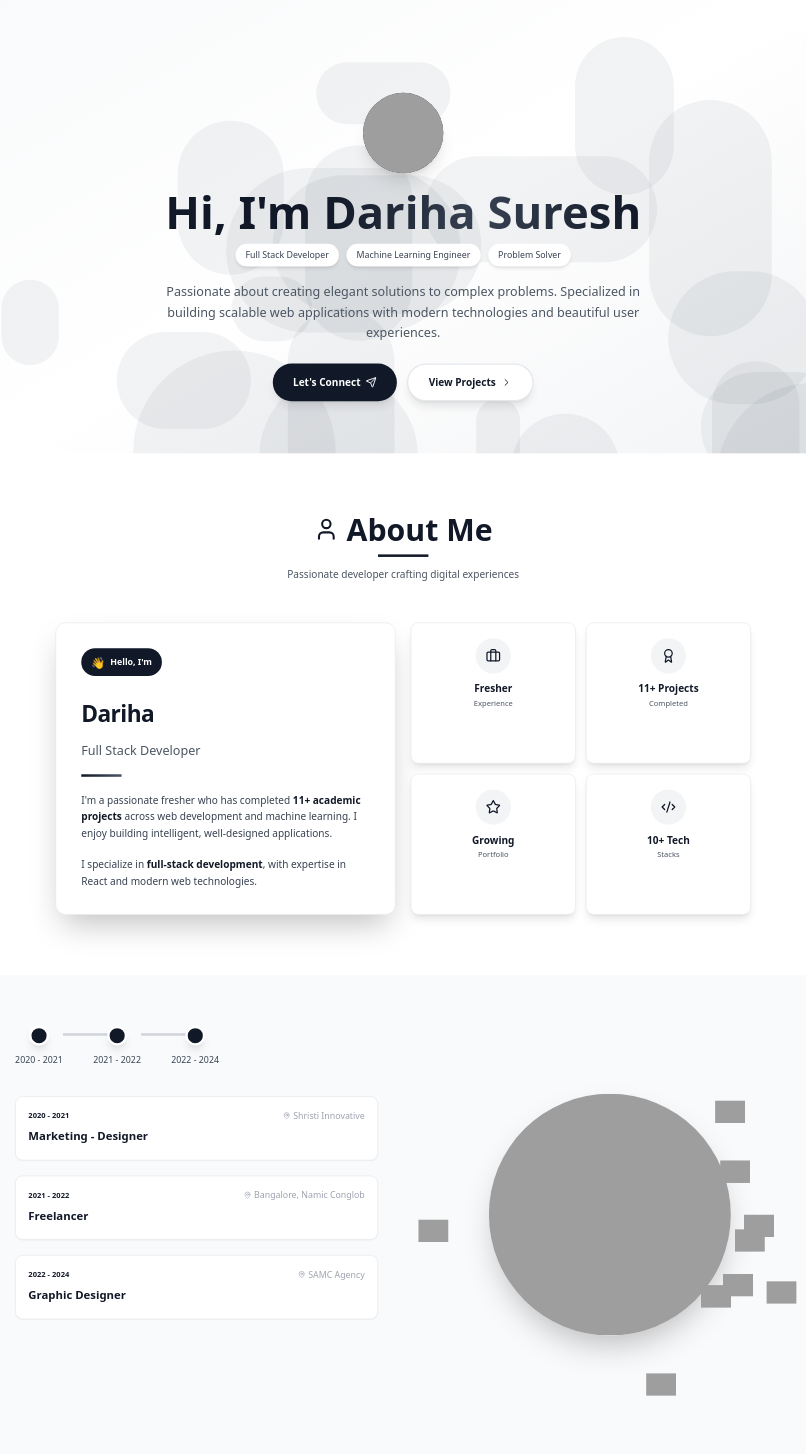
Repository: darihafebi825-collab/react-portfolio
Page: / (app in portapp/)
The author's editor kept a copy of each file at every save. The page is drawn from the files as they stood at one save, then again after the next save.
The browser window is 1280 px wide. The pictures show the whole page, at 63% of full size.
Pictures or frames that could not be fetched are drawn as grey boxes. The project was rebuilt for these pictures with package versions that can differ from the ones it lists, and the page was loaded fresh each time.

Above is the page before, as saved 2025-12-24 17:55:33.

### portapp/src/index.js
import React from "react";
import ReactDOM from "react-dom/client";
import App from "./App";
import "./index.css";   // 👈 THIS LINE

const root = ReactDOM.createRoot(document.getElementById("root"));
root.render(
  <React.StrictMode>
    <App />
  </React.StrictMode>
);

### portapp/src/App.js
import React from "react";
import Home from "./Components/Pages/Home";
import Abo from "./Components/Pages/Abo";
import Exp from "./Components/Pages/Exp";
function App() {
  return (
    <div className="App">
      <Home />
 <Abo />
    <Exp />
    </div>
  );
}

export default App;

### portapp/src/Components/Pages/Home.js
import React, { useRef } from "react";
import { motion, useScroll, useTransform } from "framer-motion";
import { Send, ChevronRight } from "lucide-react";




const Home = () => {
  const ref = useRef(null);

  const { scrollYProgress } = useScroll({
    target: ref,
    offset: ["start start", "end start"],
  });

  const y = useTransform(scrollYProgress, [0, 1], [0, 200]);
  const opacity = useTransform(scrollYProgress, [0, 0.5], [1, 0]);

  return (
    <section
      ref={ref}
      id="home"
      className="min-h-screen flex items-center justify-center bg-gradient-to-br from-gray-50 via-white to-gray-100 relative overflow-hidden pt-16"
    >
      <div className="absolute inset-0 bg-grid-pattern opacity-5" />

      {[...Array(20)].map((_, i) => (
        <motion.div
          key={i}
          className="absolute rounded-full bg-gray-900/5"
          style={{
            width: Math.random() * 300 + 50,
            height: Math.random() * 300 + 50,
            left: `${Math.random() * 100}%`,
            top: `${Math.random() * 100}%`,
          }}
          animate={{
            y: [0, Math.random() * 50 - 25],
            x: [0, Math.random() * 50 - 25],
            scale: [1, 1.1, 1],
          }}
          transition={{
            duration: Math.random() * 10 + 10,
            repeat: Infinity,
            repeatType: "reverse",
          }}
        />
      ))}

      <motion.div
        style={{ y, opacity }}
        className="relative z-10 text-center px-6 max-w-5xl mx-auto"
      >
        <motion.div
          initial={{ opacity: 0, scale: 0.9 }}
          animate={{ opacity: 1, scale: 1 }}
          transition={{ duration: 0.8 }}
        >
          <div className="mb-6">
            <div className="w-32 h-32 mx-auto rounded-full overflow-hidden shadow-xl">
 <div className="w-32 h-32 mx-auto bg-gray-800 rounded-full flex items-center justify-center overflow-hidden shadow-xl">
  <img
    src="/Images/dari.png"
    alt="Profile"
    className="w-full h-full object-cover"
  />
</div>






            </div>
          </div>

          <h1 className="text-5xl md:text-7xl font-bold text-gray-900 mb-4">
            Hi, I'm{" "}
            <span className="bg-gradient-to-r from-gray-900 via-gray-700 to-gray-900 bg-clip-text text-transparent">
              Dariha Suresh
            </span>
          </h1>

          <div className="flex flex-wrap justify-center gap-3 mb-6">
            {[
              "Full Stack Developer",
              "Machine Learning Engineer",
              "Problem Solver",
            ].map((role, idx) => (
              <motion.span
                key={idx}
                initial={{ opacity: 0, y: 20 }}
                animate={{ opacity: 1, y: 0 }}
                transition={{ delay: 0.2 + idx * 0.1 }}
                className="px-4 py-2 bg-white shadow-md rounded-full text-sm font-medium text-gray-700"
              >
                {role}
              </motion.span>
            ))}
          </div>

          <motion.p
            initial={{ opacity: 0 }}
            animate={{ opacity: 1 }}
            transition={{ delay: 0.5 }}
            className="text-xl text-gray-600 max-w-3xl mx-auto mb-8 leading-relaxed"
          >
            Passionate about creating elegant solutions to complex problems.
            Specialized in building scalable web applications with modern
            technologies and beautiful user experiences.
          </motion.p>

          <motion.div
            initial={{ opacity: 0, y: 20 }}
            animate={{ opacity: 1, y: 0 }}
            transition={{ delay: 0.7 }}
            className="flex flex-wrap justify-center gap-4"
          >
            <motion.button
              whileHover={{ scale: 1.05 }}
              whileTap={{ scale: 0.95 }}
              onClick={() =>
                document
                  .getElementById("contact")
                  ?.scrollIntoView({ behavior: "smooth" })
              }
              className="px-8 py-4 bg-gray-900 text-white rounded-full font-semibold shadow-lg flex items-center gap-2"
            >
              Let's Connect <Send size={18} />
            </motion.button>

            <motion.button
              whileHover={{ scale: 1.05 }}
              whileTap={{ scale: 0.95 }}
              onClick={() =>
                document
                  .getElementById("projects")
                  ?.scrollIntoView({ behavior: "smooth" })
              }
              className="px-8 py-4 bg-white text-gray-900 rounded-full font-semibold shadow-lg border-2 border-gray-200 flex items-center gap-2"
            >
              View Projects <ChevronRight size={18} />
            </motion.button>
          </motion.div>
        </motion.div>
      </motion.div>
    </section>
  );
};

export default Home;

### portapp/src/Components/Pages/Abo.js
import React from "react";
import { motion } from "framer-motion";
import { User, Briefcase, Award, Star, Code2 } from "lucide-react";

const statsData = [
  { icon: Briefcase, label: "Fresher", desc: "Experience", delay: 0.9 },
  { icon: Award, label: "11+ Projects", desc: "Completed", delay: 1.0 },
  { icon: Star, label: "Growing", desc: "Portfolio", delay: 1.1 },
  { icon: Code2, label: "10+ Tech", desc: "Stacks", delay: 1.2 },
];

const Abo = () => {
  return (
    <section id="about" className="py-24 bg-white relative overflow-hidden">
      <div className="max-w-6xl mx-auto px-6 relative z-10">
        {/* Header */}
        <motion.div
          initial={{ opacity: 0, y: 30 }}
          whileInView={{ opacity: 1, y: 0 }}
          viewport={{ once: true }}
          className="text-center mb-16"
        >
          <h2 className="text-4xl md:text-5xl font-bold text-gray-900 mb-4 flex items-center justify-center gap-3">
            <User size={40} /> About Me
          </h2>
          <div className="w-20 h-1 bg-gray-900 mx-auto mb-4" />
          <p className="text-gray-600 max-w-2xl mx-auto">
            Passionate developer crafting digital experiences
          </p>
        </motion.div>

        {/* Content */}
        <div className="grid grid-cols-1 md:grid-cols-2 gap-6">
          {/* Left card */}
          <motion.div
            initial={{ opacity: 0, x: -100 }}
            whileInView={{ opacity: 1, x: 0 }}
            viewport={{ once: true }}
            transition={{ duration: 0.8 }}
            className="bg-white rounded-2xl p-10 shadow-2xl border border-gray-200 relative overflow-hidden"
          >
            <div className="space-y-6 relative z-10">
              <motion.div
                initial={{ scale: 0 }}
                whileInView={{ scale: 1 }}
                transition={{ delay: 0.3, type: "spring" }}
                className="inline-flex items-center gap-2 px-4 py-2 bg-gray-900 text-white text-sm font-semibold rounded-full mb-4"
              >
                <span className="text-lg">👋</span> Hello, I'm
              </motion.div>

              <motion.h3
                initial={{ opacity: 0, y: 20 }}
                whileInView={{ opacity: 1, y: 0 }}
                transition={{ delay: 0.4 }}
                className="text-4xl font-bold text-gray-900 mb-2 tracking-tight"
              >
                Dariha
              </motion.h3>

              <motion.p
                initial={{ opacity: 0, y: 20 }}
                whileInView={{ opacity: 1, y: 0 }}
                transition={{ delay: 0.5 }}
                className="text-gray-600 text-xl mb-4 font-medium"
              >
                Full Stack Developer
              </motion.p>

              <motion.div
                initial={{ width: 0 }}
                whileInView={{ width: 64 }}
                transition={{ delay: 0.6, duration: 0.5 }}
                className="h-1 bg-gradient-to-r from-gray-900 to-gray-600 mb-6"
              />

              <motion.p
                initial={{ opacity: 0 }}
                whileInView={{ opacity: 1 }}
                transition={{ delay: 0.7 }}
                className="text-gray-700 leading-relaxed text-base"
              >
                I'm a passionate fresher who has completed{" "}
                <span className="font-bold text-gray-900">11+ academic projects</span>{" "}
                across web development and machine learning. I enjoy building intelligent,
                well-designed applications.
              </motion.p>

              <motion.p
                initial={{ opacity: 0 }}
                whileInView={{ opacity: 1 }}
                transition={{ delay: 0.8 }}
                className="text-gray-700 leading-relaxed text-base"
              >
                I specialize in{" "}
                <span className="font-bold text-gray-900">full-stack development</span>, with
                expertise in React and modern web technologies.
              </motion.p>
            </div>
          </motion.div>

          {/* Right stats grid */}
          <motion.div
            initial={{ opacity: 0, x: 100 }}
            whileInView={{ opacity: 1, x: 0 }}
            viewport={{ once: true }}
            transition={{ duration: 0.8, ease: "easeOut", delay: 0.2 }}
            className="grid grid-cols-2 gap-4"
          >
            {statsData.map((stat, idx) => (
              <motion.div
                key={idx}
                initial={{ opacity: 0, scale: 0, rotate: -180 }}
                whileInView={{ opacity: 1, scale: 1, rotate: 0 }}
                viewport={{ once: true }}
                transition={{ delay: stat.delay, type: "spring", stiffness: 200, damping: 15 }}
                whileHover={{
                  scale: 1.05,
                  y: -5,
                  boxShadow: "0 20px 40px -10px rgba(0,0,0,0.3)",
                }}
                className="bg-white p-6 rounded-xl text-center shadow-lg border border-gray-200 relative overflow-hidden group cursor-pointer"
              >
                <div className="relative z-10">
                  <motion.div
                    whileHover={{ rotate: 360 }}
                    transition={{ duration: 0.6 }}
                    className="bg-gray-100 w-14 h-14 rounded-full flex items-center justify-center mx-auto mb-3 group-hover:bg-white transition-colors"
                  >
                    <stat.icon className="text-gray-900" size={24} />
                  </motion.div>
                  <div className="font-bold text-gray-900 text-base mb-1 group-hover:text-white transition-colors">
                    {stat.label}
                  </div>
                  <div className="text-xs text-gray-600 group-hover:text-gray-300 transition-colors">
                    {stat.desc}
                  </div>
                </div>
              </motion.div>
            ))}
          </motion.div>
        </div>
      </div>
    </section>
  );
};

export default Abo;

### portapp/src/Components/Pages/Exp.js
import React from "react";
import { motion } from "framer-motion";
import { MapPin } from "lucide-react";

// Experiences data
const experiences = [
  { period: "2020 - 2021", title: "Marketing - Designer", company: "Shristi Innovative" },
  { period: "2021 - 2022", title: "Freelancer", company: "Bangalore, Namic Conglob" },
  { period: "2022 - 2024", title: "Graphic Designer", company: "SAMC Agency" },
];

// Skills with corresponding icon paths
const skills = [
  { name: "ML", icon: "/Images/ml.png" },
  { name: "DataScience", icon: "/Images/datascience.png" },
  { name: "Django", icon: "/Images/django.png" },
  { name: "Python", icon: "/Images/python.png" },
  { name: "JS", icon: "/Images/js.png" },
  { name: "CSS", icon: "/Images/css.png" },
  { name: "HTML", icon: "/Images/html.png" },
  { name: "Bootstrap", icon: "/Images/bootstrap.png" },
  { name: "SQLite", icon: "/Images/sqlite.png" },
];

const Exp = () => {
  return (
    <section className="min-h-screen bg-gray-50 relative py-20 px-6 overflow-hidden">
      <div className="max-w-7xl mx-auto grid grid-cols-1 lg:grid-cols-2 gap-20 items-start">

        {/* Left Side: Roadmap + Experience Cards */}
        <div className="space-y-12">

          {/* Horizontal Roadmap */}
          <div className="overflow-x-auto">
            <div className="flex items-center gap-12 min-w-max">
              {experiences.map((exp, idx) => (
                <motion.div
                  key={idx}
                  initial={{ opacity: 0, y: 20 }}
                  whileInView={{ opacity: 1, y: 0 }}
                  viewport={{ once: true }}
                  transition={{ delay: idx * 0.2, duration: 0.6 }}
                  className="flex flex-col items-center relative"
                >
                  <div className="w-8 h-8 rounded-full bg-gray-900 border-4 border-white shadow-lg"></div>
                  {idx < experiences.length - 1 && (
                    <div className="absolute top-3 left-full w-24 h-1 bg-gray-300"></div>
                  )}
                  <span className="mt-3 text-gray-700 font-medium text-sm text-center">
                    {exp.period}
                  </span>
                </motion.div>
              ))}
            </div>
          </div>

          {/* Experience Cards */}
          <div className="space-y-6">
            {experiences.map((exp, idx) => (
              <motion.div
                key={idx}
                initial={{ opacity: 0, x: -50 }}
                whileInView={{ opacity: 1, x: 0 }}
                viewport={{ once: true }}
                whileHover={{ scale: 1.03, boxShadow: "0 15px 25px rgba(0,0,0,0.2)" }}
                transition={{ type: "spring", stiffness: 120, damping: 15 }}
                className="bg-white p-5 rounded-xl border border-gray-200 shadow-sm cursor-pointer"
              >
                <div className="flex justify-between items-center mb-2">
                  <span className="text-xs font-bold text-gray-900">{exp.period}</span>
                  <span className="flex items-center text-gray-400 text-sm gap-1">
                    <MapPin size={12} /> {exp.company}
                  </span>
                </div>
                <h3 className="font-bold text-gray-900 text-lg mb-1">{exp.title}</h3>
              </motion.div>
            ))}
          </div>
        </div>

        {/* Right Side: Big Image + Floating Skill Icons */}
        <div className="relative flex justify-center items-center min-h-[600px]">

          {/* Big Profile Image */}
          <motion.img
            src="/Images/dari.png"
            alt="Profile"
            className="w-96 h-96 rounded-full object-cover shadow-2xl"
            initial={{ opacity: 0, scale: 0.8 }}
            animate={{ opacity: 1, scale: 1 }}
            transition={{ duration: 0.8 }}
          />

          {/* Floating Skill Icons: scattered outside image */}
          {skills.map((skill, idx) => {
            // keep icons outside profile image radius
            const radius = 200 + Math.random() * 100; // min distance from center
            const angle = Math.random() * 2 * Math.PI;
            const x = radius * Math.cos(angle);
            const y = radius * Math.sin(angle);

            return (
              <motion.img
                key={idx}
                src={skill.icon}
                alt={skill.name}
                initial={{ scale: 0, opacity: 0 }}
                animate={{ scale: 1, opacity: 1, x, y }}
                transition={{ type: "spring", stiffness: 200, damping: 15, delay: 0.5 + idx * 0.1 }}
                whileHover={{ scale: 1.2, rotate: 10 }}
                className="absolute w-12 h-12 object-contain cursor-pointer"
              />
            );
          })}
        </div>
      </div>
    </section>
  );
};

export default Exp;

Loaded but not shown: portapp/src/index.css (common file); portapp/tailwind.config.js (common file)

After the next save:
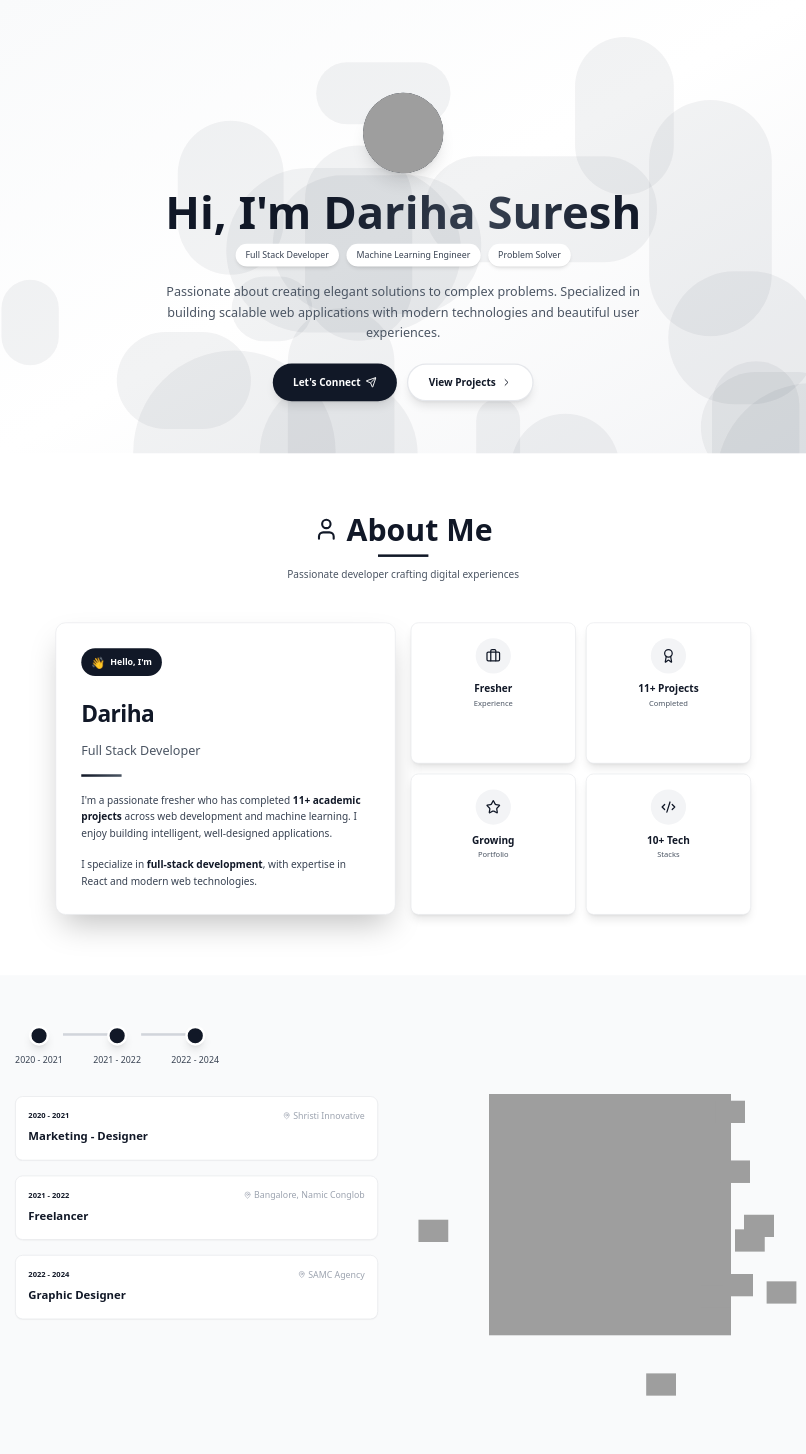
Saved 56 s later.
--- a/portapp/src/Components/Pages/Exp.js
+++ b/portapp/src/Components/Pages/Exp.js
@@ -81,11 +81,11 @@ const Exp = () => {
         {/* Right Side: Big Image + Floating Skill Icons */}
         <div className="relative flex justify-center items-center min-h-[600px]">
 
-          {/* Big Profile Image */}
+          {/* Big Profile Image: background-less, raw image */}
           <motion.img
             src="/Images/dari.png"
             alt="Profile"
-            className="w-96 h-96 rounded-full object-cover shadow-2xl"
+            className="w-96 h-96 object-cover" // removed rounded-full, border, shadow
             initial={{ opacity: 0, scale: 0.8 }}
             animate={{ opacity: 1, scale: 1 }}
             transition={{ duration: 0.8 }}
@@ -93,8 +93,7 @@ const Exp = () => {
 
           {/* Floating Skill Icons: scattered outside image */}
           {skills.map((skill, idx) => {
-            // keep icons outside profile image radius
-            const radius = 200 + Math.random() * 100; // min distance from center
+            const radius = 200 + Math.random() * 100;
             const angle = Math.random() * 2 * Math.PI;
             const x = radius * Math.cos(angle);
             const y = radius * Math.sin(angle);
